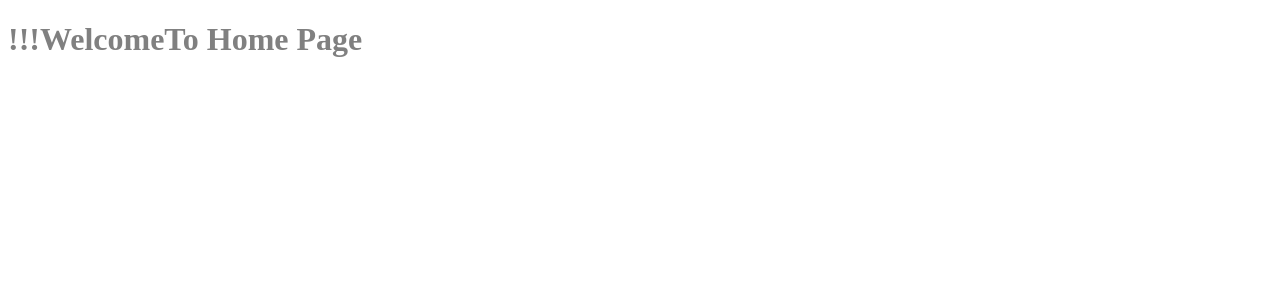
Repository: Ritesh1194/FellowshipApp
Page: http://localhost/MyLoginRegistrationProject/welcome.jsp
An editor plug-in stored every save of this project. The page is shown before and after the next save, followed by the edit.
The browser window is 1280 px wide. The pictures show the whole page.
The page is served by Tomcat 9. Nobody is signed in. The application's start-up code is not run. Other server files are loaded and not shown.

Above is the page before, as saved 2019-12-27 09:50:35.

### MyLoginRegistrationProject/WebContent/welcome.jsp
<%@ page language="java" contentType="text/html; charset=UTF-8"
	pageEncoding="UTF-8"%>
<!DOCTYPE html PUBLIC "-//W3C//DTD HTML 4.01 Transitional//EN" "http://www.w3.org/TR/html4/loose.dtd">
<html>
<head>
<meta http-equiv="Content-Type" content="text/html; charset=UTF-8">
<title>Welcome</title>
</head>
<body style="color: #808080">
	<h1>${message}!!!WelcomeTo Home Page</h1>
</body>
</html>

After the next save:
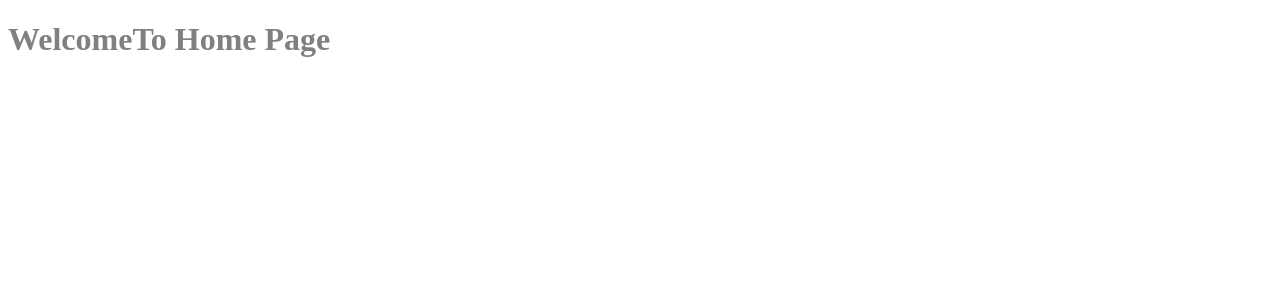
Saved 73 s later.
--- a/MyLoginRegistrationProject/WebContent/welcome.jsp
+++ b/MyLoginRegistrationProject/WebContent/welcome.jsp
@@ -7,6 +7,7 @@
 <title>Welcome</title>
 </head>
 <body style="color: #808080">
-	<h1>${message}!!!WelcomeTo Home Page</h1>
+	<%-- <h1>${message}!!!WelcomeTo Home Page</h1> --%>
+	<h1>WelcomeTo Home Page</h1>
 </body>
 </html>
